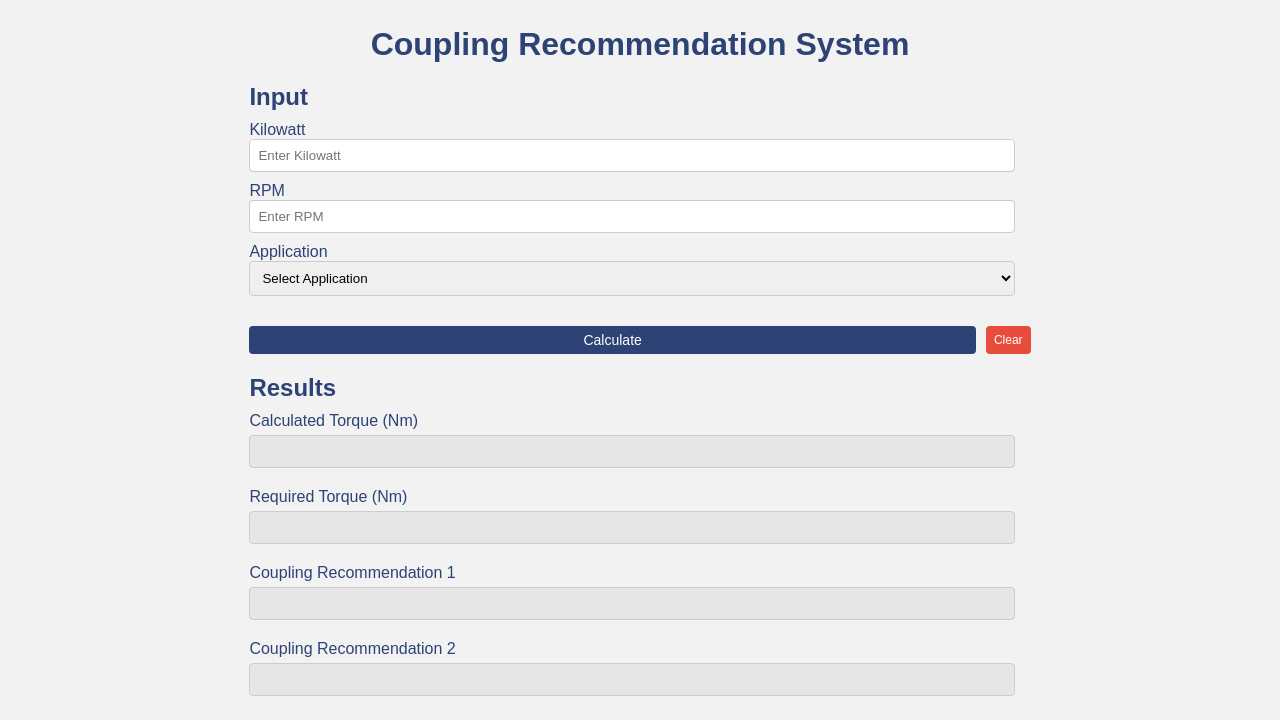
Repository: JustinSadie/calculator
Page: newIndex.html
The author's editor kept a copy of each file at every save. The page is drawn from the files as they stood at one save, then again after the next save.
The browser window is 1280 px wide. The pictures show the whole page.

Above is the page before, as saved 2024-08-25 16:01:45.

After the next save:
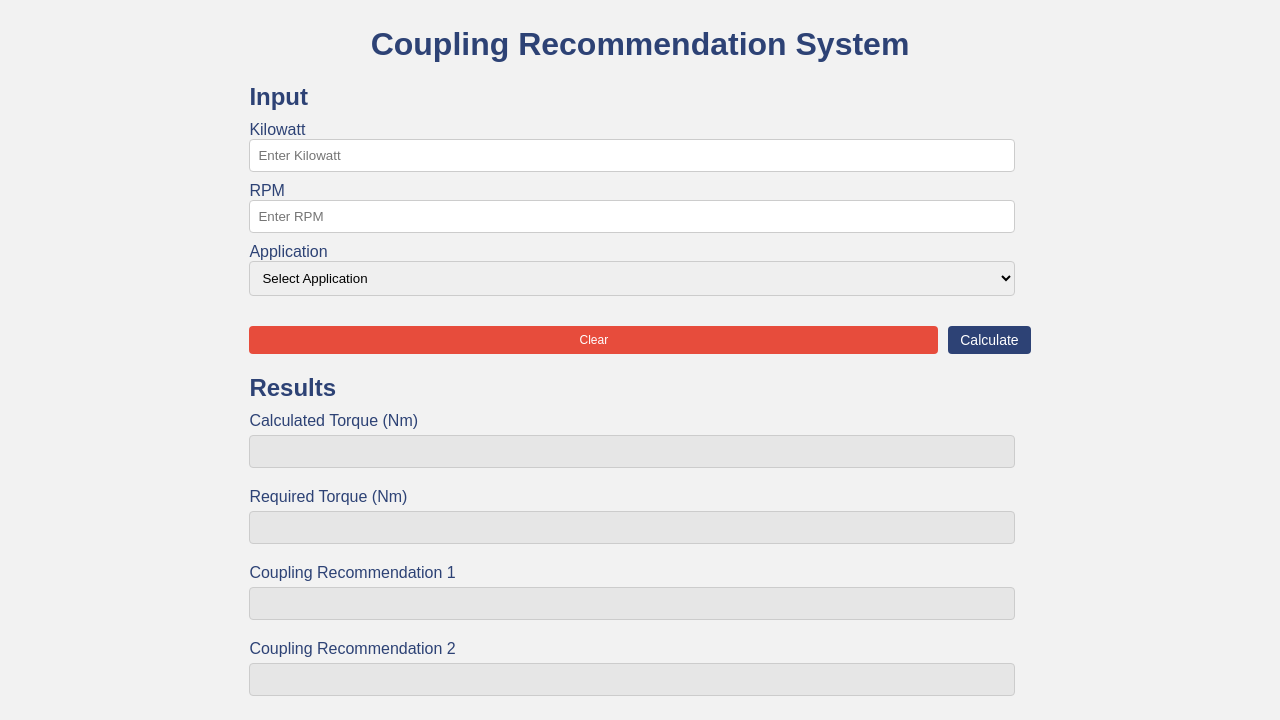
Saved 17 s later.
--- a/newIndex.html
+++ b/newIndex.html
@@ -54,8 +54,9 @@
         />
 
         <div class="button-container">
+          <button class="clear" onclick="clearFields()">Clear</button>
           <button onclick="displayResults()">Calculate</button>
-          <button class="clear" onclick="clearFields()">Clear</button>
+
         </div>
       </div>
 
